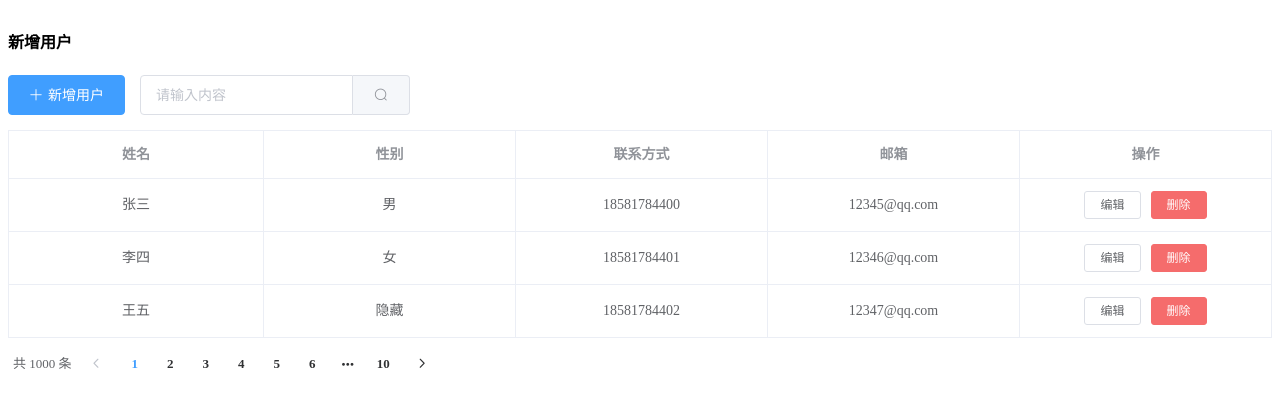
Repository: xinwuhao/New-user
Page: /
These files come from the project's save history. The page is drawn as it stood at one moment and after a run of saves; the edit follows.
The browser window is 1280 px wide. The pictures show the whole page.
The project was rebuilt for these pictures with package versions that can differ from the ones it lists, and the page was loaded fresh each time.

Above is the page before, as saved 2021-12-21 17:15:47.

### src/main.js
import Vue from 'vue'
import App from './App.vue'
import router from './router'
import store from './store'
import ElementUI from 'element-ui';
import 'element-ui/lib/theme-chalk/index.css';

Vue.use(ElementUI);
Vue.config.productionTip = false

new Vue({
  router,
  store,
  el: '#app',
  render: h => h(App)
}).$mount('#app')

### src/views/Home.vue
<template>
  <div class="container">
    <div class="content">
      <h4>新增用户</h4>
      <div class="flex">
        <el-button
          type="primary"
          icon="el-icon-plus"
          @click="dialogVisible = true"
          >新增用户</el-button
        >
        <div style="margin-left: 15px">
          <el-input
            placeholder="请输入内容"
            v-model="input"
            @input="seek(list, input)"
          >
            <el-button
              slot="append"
              icon="el-icon-search"
              @click="search(list, input)"
            ></el-button>
          </el-input>
        </div>
      </div>
      <!-- 用户列表 -->
      <div>
        <el-table :data="arr" border style="width: 100%">
          <el-table-column prop="name" label="姓名" align="center">
          </el-table-column>
          <el-table-column prop="sex" label="性别" align="center">
          </el-table-column>
          <el-table-column prop="contact" label="联系方式" align="center">
          </el-table-column>
          <el-table-column prop="mailbox" label="邮箱" align="center">
          </el-table-column>
          <el-table-column label="操作" align="center">
            <template slot-scope="scope">
              <el-button size="mini" @click="Edit(scope.$index, scope.row)"
                >编辑</el-button
              >
              <el-button
                size="mini"
                type="danger"
                @click="Delete(scope.$index, scope.row)"
                >删除</el-button
              >
            </template>
          </el-table-column>
        </el-table>
        <div style="margin-top: 10px">
          <el-pagination
            @size-change="handleSizeChange"
            @current-change="handleCurrentChange"
            :current-page.sync="currentPage1"
            :page-size="100"
            layout="total, prev, pager, next"
            :total="1000"
          >
          </el-pagination>
        </div>
      </div>
      <!-- 新增内容弹出层 -->
      <el-dialog title="提示" :visible.sync="dialogVisible" width="30%">
        <el-form
          :model="ruleForm"
          :rules="rules"
          ref="ruleForm"
          label-width="100px"
          class="demo-ruleForm"
        >
          <el-form-item label="名称" prop="name">
            <el-input v-model="ruleForm.name"></el-input>
          </el-form-item>
          <el-form-item label="性别" prop="sex">
            <el-radio-group
              v-model="ruleForm.sex"
              v-for="(item, index) in sex"
              :key="index"
            >
              <el-radio :label="item" style="margin-right: 10px"></el-radio>
            </el-radio-group>
          </el-form-item>
          <el-form-item label="手机号码" prop="contact">
            <el-input v-model="ruleForm.contact"></el-input>
          </el-form-item>
          <el-form-item label="邮箱" prop="mailbox">
            <el-input v-model="ruleForm.mailbox"></el-input>
          </el-form-item>
          <el-form-item>
            <el-button type="primary" @click="submitForm('ruleForm')">
              <div v-if="edit == false">立即新增</div>
              <div v-else>修改</div>
            </el-button>
            <el-button @click="resetForm('ruleForm')">取消</el-button>
          </el-form-item>
        </el-form>
      </el-dialog>
    </div>
  </div>
</template>

<script>
//引入子组件

export default {
  name: "",
  props: {},
  data() {
    return {
      currentPage1: 1,
      dialogVisible: false,
      edit: false,
      id: "",
      input: "",
      list: [
        {
          name: "张三",
          sex: "男",
          contact: "18581784400",
          mailbox: "12345@qq.com",
        },
        {
          name: "李四",
          sex: "女",
          contact: "18581784401",
          mailbox: "12346@qq.com",
        },
        {
          name: "王五",
          sex: "隐藏",
          contact: "18581784402",
          mailbox: "12347@qq.com",
        },
      ],
      arr: [],
      sex: ["隐藏", "男", "女"],
      ruleForm: {
        name: "",
        sex: "",
        contact: "",
        mailbox: "",
      },
      rules: {
        name: [
          { required: true, message: "请输入用户名称", trigger: "blur" },
          { min: 1, max: 5, message: "长度在 1 到 5 个字符", trigger: "blur" },
        ],
        contact: [
          { required: true, message: "请输入手机号码", trigger: "blur" },
          { min: 11, max: 11, message: "输入的手机号码有误", trigger: "blur" },
          {
            pattern:
              /^(?:(?:\+|00)86)?1(?:(?:3[\d])|(?:4[5-79])|(?:5[0-35-9])|(?:6[5-7])|(?:7[0-8])|(?:8[\d])|(?:9[189]))\d{8}$/,
            message: "输入的手机号码有误",
            trigger: "blur",
          },
        ],
        mailbox: [
          { required: true, message: "请输入邮箱", trigger: "blur" },
          {
            pattern:
              /^(([^<>()[\]\\.,;:\s@"]+(\.[^<>()[\]\\.,;:\s@"]+)*)|(".+"))@((\[[0-9]{1,3}\.[0-9]{1,3}\.[0-9]{1,3}\.[0-9]{1,3}\])|(([a-zA-Z\-0-9]+\.)+[a-zA-Z]{2,}))$/,
            message: "输入的邮箱有误",
            trigger: "blur",
          },
        ],
        sex: [{ required: true, message: "性别", trigger: "change" }],
      },
    };
  },
  components: {},
  methods: {
    //表单创建按钮
    submitForm(formName) {
      this.$refs[formName].validate((valid) => {
        if (valid) {
          this.dialogVisible = false;
          if (this.edit == false) {
            //新增
            this.$message.success("新增成功");
            this.list.unshift(this.ruleForm);
          } else {
            //修改
            this.$message.success("修改成功");
            this.list.map((item, index) => {
              if (this.id == index) {
                item = this.ruleForm;
              }
            });
          }
          this.edit = false;
        } else {
          this.$message.error("您还有信息没有填写或者填写的信息有误");
          return false;
        }
      });
    },
    //表单取消按钮
    resetForm(formName) {
      this.$refs[formName].resetFields();
      this.dialogVisible = false;
      this.edit = false;
    },
    //搜索
    search(list, e) {
      let reg = new RegExp(e);
      this.arr = [];
      for (let i = 0; i < list.length; i++) {
        if (reg.test(list[i].name)) {
          this.arr.push(list[i]);
        }
      }
    },
    seek(list, e) {
      let reg = new RegExp(e);
      this.arr = [];
      for (let i = 0; i < list.length; i++) {
        if (reg.test(list[i].name)) {
          this.arr.push(list[i]);
        }
      }
      console.log(this.arr);
    },
    //编辑
    Edit(index, row) {
      this.dialogVisible = true;
      this.ruleForm = row;
      this.edit = true;
      this.id = index;
    },
    //删除
    Delete(id, row) {
      let data = [];
      this.list.map((item, index) => {
        if (index != id) {
          data.push(item);
        }
        return;
      });
      this.list = data;
      this.arr = this.list;
    },

    handleSizeChange(val) {
      console.log(`每页 ${val} 条`,111);
    },
    handleCurrentChange(val) {
      console.log(`当前页: ${val}`,222);
    },
  },
  mounted() {
    this.arr = this.list;
  },
  computed: {},
  watch: {},
};
</script>

<style lang='scss' scoped>
.container {
  display: flex;
  justify-content: center;
}
.content {
  width: 1450px;
  /* 注意适配的宽度必须大于最小适配宽度 */
}
.flex {
  display: flex;
  margin-bottom: 15px;
}
</style>

Loaded but not shown: public/index.html (common file); src/App.vue (common file); src/router/index.js (common file); src/store/index.js (common file)

After the next 4 saves:
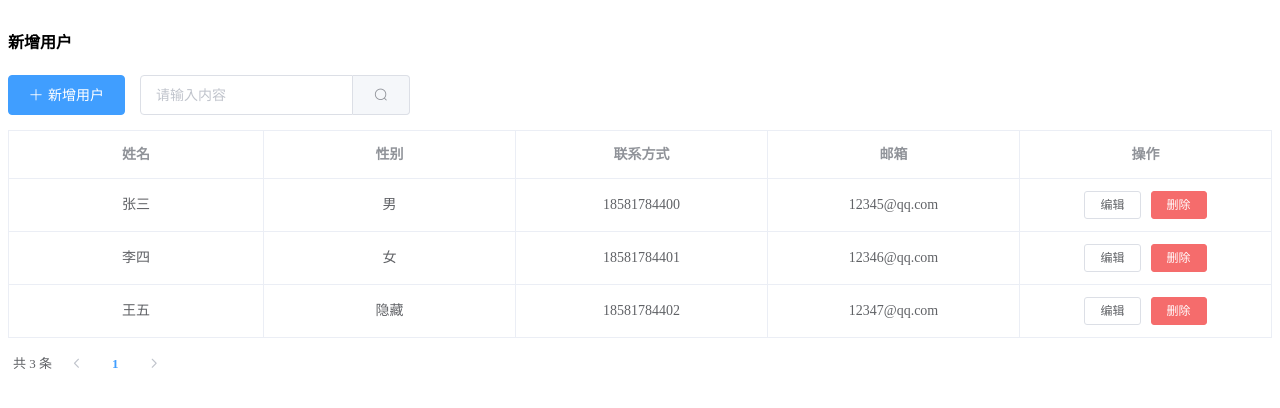
The 4 saves are shown as one change because they came seconds apart.
The last was saved 60 s later.
--- a/src/views/Home.vue
+++ b/src/views/Home.vue
@@ -55,7 +55,7 @@
             :current-page.sync="currentPage1"
             :page-size="100"
             layout="total, prev, pager, next"
-            :total="1000"
+            :total="arr.length"
           >
           </el-pagination>
         </div>
@@ -243,10 +243,10 @@ export default {
     },
 
     handleSizeChange(val) {
-      console.log(`每页 ${val} 条`,111);
+      console.log(`每页 ${val} 条`, 111);
     },
     handleCurrentChange(val) {
-      console.log(`当前页: ${val}`,222);
+      console.log(`当前页: ${val}`, 222);
     },
   },
   mounted() {
